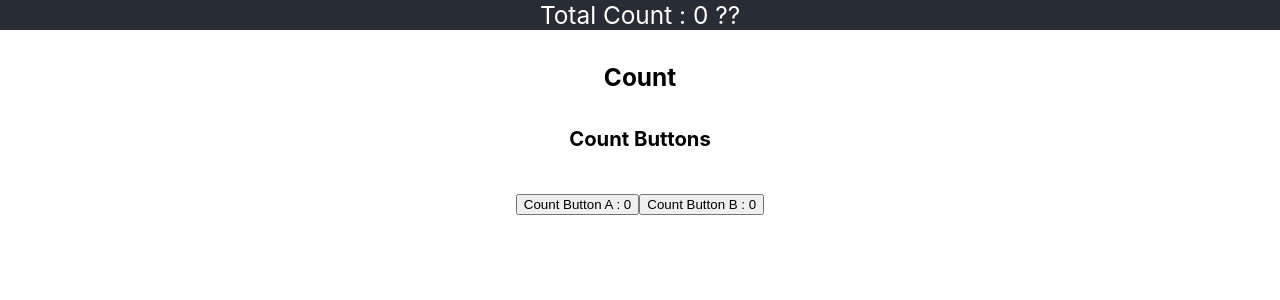
Repository: maitriyogin/jotai-meetup
Page: /
These files come from the project's save history. The page is drawn as it stood at one moment and after the next save; the edit follows.
The browser window is 1280 px wide. The pictures show the whole page.
The project was rebuilt for these pictures with package versions that can differ from the ones it lists, and the page was loaded fresh each time.

Above is the page before, as saved 2021-11-03 17:02:12.

After the next save:
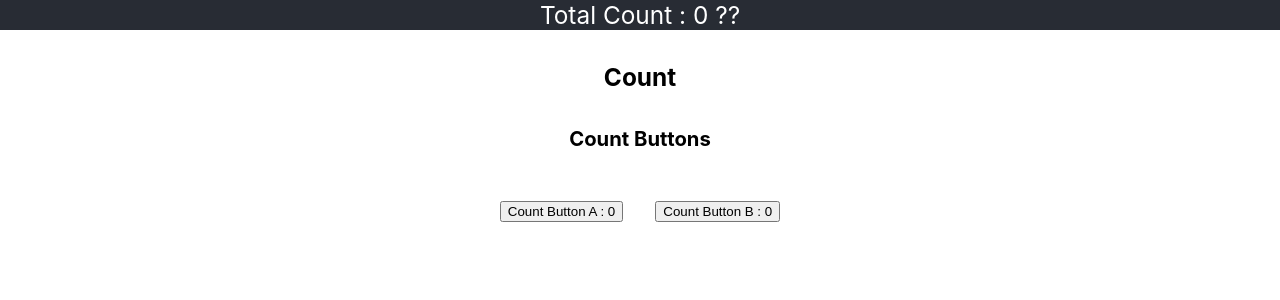
Saved 25 s later.
--- a/src/CountButton.js
+++ b/src/CountButton.js
@@ -1,7 +1,7 @@
 import React from "react";
 
 export const CountButton = ({ id, count, onClick }) => (
-  <button onClick={onClick}>
+  <button onClick={onClick} class="Count-Button">
     Count Button {id} : {count}
   </button>
 );
